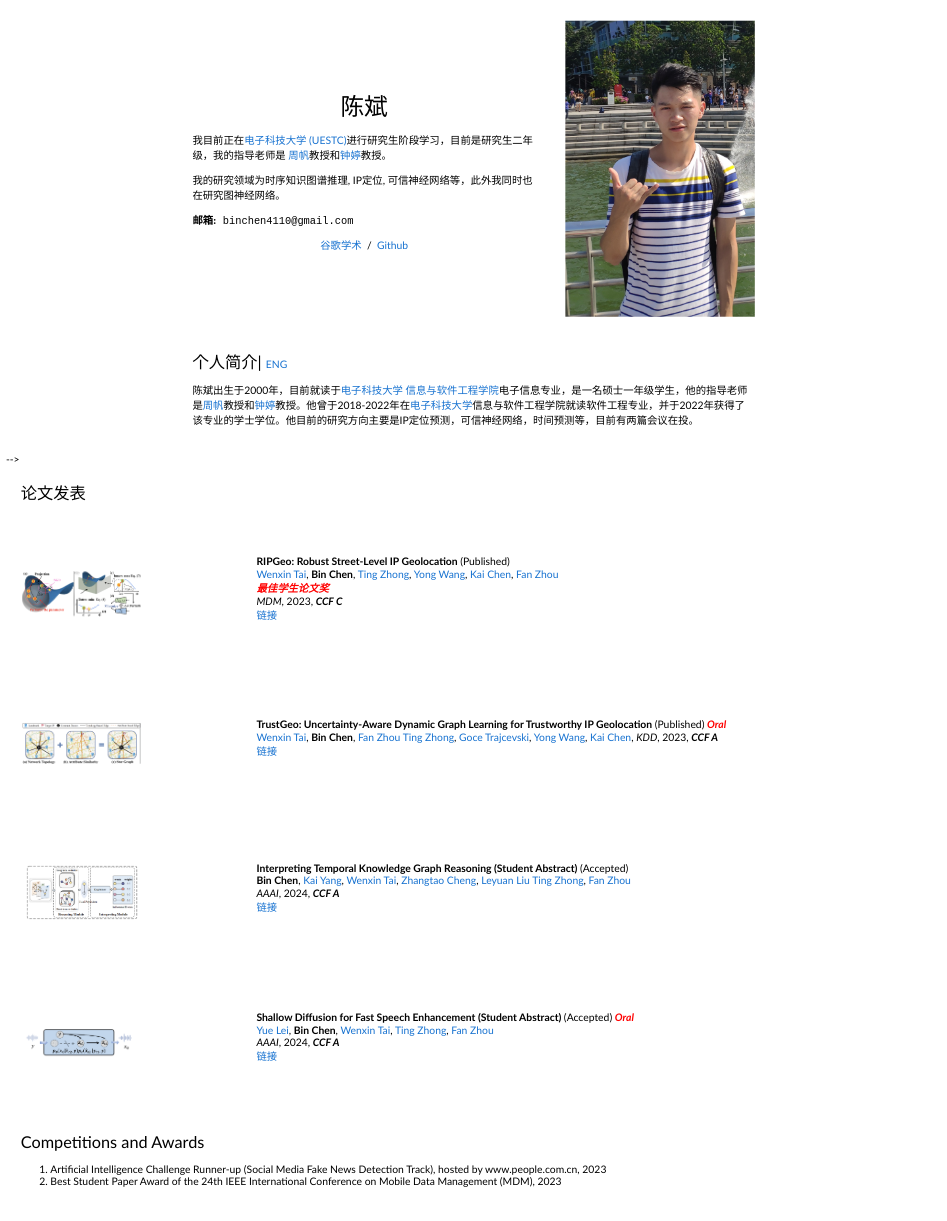
Repository: b1nchen/b1nchen.github.io
Page: index_CHN.html
The author's editor kept a copy of each file at every save. The page is drawn from the files as they stood at one save, then again after a run of saves.
The browser window is 1280 px wide. The pictures show the part of the page from y = 0 to 1650 px (the page is 2022 px tall before and 2025 px after), at 74% of full size.
A picture or video elsewhere on the page could not be fetched, so the positions and the page height are approximate.

Above is the page before, as saved 2023-12-31 09:53:40.

### index_CHN.html
<!DOCTYPE HTML>
<html lang="en">

<head>
  <meta http-equiv="Content-Type" content="text/html; charset=UTF-8">

  <title>Bin Chen</title>

  <meta name="author" content="Bin Chen">
  <meta name="viewport" content="width=device-width, initial-scale=1">

  <link rel="stylesheet" type="text/css" href="stylesheet.css">
  <link rel="icon" href="images/uestc_icon.jpeg">
</head>

<body>
  <table
    style="width:100%;max-width:800px;border:0px;border-spacing:0px;border-collapse:separate;margin-right:auto;margin-left:auto;">
    <tbody>
      <tr style="padding:0px">
        <td style="padding:0px">
          <table
            style="width:100%;border:0px;border-spacing:0px;border-collapse:separate;margin-right:auto;margin-left:auto;">
            <tbody>
              <tr style="padding:0px">
                <td style="padding:2.5%;width:63%;vertical-align:middle">
                  <p style="text-align:center">
                    <name>陈斌</name>
                  </p>
                  <p>我目前正在<a href="https://en.uestc.edu.cn/">电子科技大学 (UESTC)</a>进行研究生阶段学习，目前是研究生二年级，我的指导老师是 <a
                      href="https://scholar.google.com/citations?user=Ihj2Rw8AAAAJ">周帆</a>教授和<a
                      href="https://scholar.google.com/citations?user=Mdr0XDkAAAAJ">钟婷</a>教授。
                  </p>
                  <p>
                    我的研究领域为时序知识图谱推理, IP定位, 可信神经网络等，此外我同时也在研究图神经网络。
                  </p>
                  <p style="font-family: 'Courier New', Courier, monospace;">
                    <b style="font-family: 'Times New Roman', Times, serif;">邮箱:</b> binchen4110@gmail.com
                    <br>
                    <!-- &nbsp &nbsp &nbsp
                    haoyang[dot]yu417[at]outlook.com <br> -->


                  </p>
                  <p style="text-align:center">
                    <!-- <a href="resume/resume_chn.pdf">个人简历</a> &nbsp/&nbsp -->
                    <a href="https://scholar.google.com/citations?user=x3ufhFAAAAAJ/">谷歌学术</a>
                    &nbsp/&nbsp
                    <a href="https://github.com/binchen4110/">Github</a>
                  </p>

                </td>
                <td style="padding:2.5%;width:40%;max-width:40%">
                  <a href="images/profile.jpg"><img style="width:100%;max-width:100%" alt="profile photo"
                      src="images/profile.jpg" class="hoverZoomLink"></a>
                </td>
              </tr>
            </tbody>
          </table>

          <table
            style="width:100%;border:0px;border-spacing:0px;border-collapse:separate;margin-right:auto;margin-left:auto;">
            <tbody>
              <tr>
                <td style="padding:20px;width:100%;vertical-align:middle">
                  <heading>个人简介| <a href="index.html">ENG</a>
                  </heading>
                  <p>
                    陈斌出生于2000年，目前就读于<a
                    href="https://www.uestc.edu.cn/">电子科技大学</a>  <a
                    href="https://www.sise.uestc.edu.cn/">信息与软件工程学院</a>电子信息专业，是一名硕士一年级学生，他的指导老师是<a
                      href="https://scholar.google.com/citations?user=Ihj2Rw8AAAAJ">周帆</a>教授和<a
                      href="https://scholar.google.com/citations?user=Mdr0XDkAAAAJ">钟婷</a>教授。他曾于2018-2022年在<a href="https://www.uestc.edu.cn/">电子科技大学</a>信息与软件工程学院就读软件工程专业，并于2022年获得了该专业的学士学位。他目前的研究方向主要是IP定位预测，可信神经网络，时间预测等，目前有两篇会议在投。<br>

                  </p>
                </td>
              </tr>
            </tbody>
          </table>
          <table
            style="width:100%;border:0px;border-spacing:0px;border-collapse:separate;margin-right:auto;margin-left:auto;">
            <tbody>

            </tbody>
          </table>

          <!-- <table
            style="width:100%;border:0px;border-spacing:0px;border-collapse:separate;margin-right:auto;margin-left:auto;">
            <tbody>
              <tr>
                <td style="padding:20px;width:100%;vertical-align:middle">
                  <heading>教育经历</heading>
                </td>
              </tr>
            </tbody>
          </table>
          <table width="100%" align="center" border="0" cellpadding="20">
            <tbody>

              <tr>
                <td style="padding:20px;width:25%;vertical-align:middle">
                  <div class="flexbox">
                    <img src='images/uestc_icon.jpeg' width="100px">
                  </div>
                </td>
                <td style="padding:20px;width:75%;vertical-align:middle">
                  <p>电子科技大学信息与软件工程学院，软件工程，工学学士，<em>2018 -  2022 </em></p>
                  <ul>
                    <li>
                      2019 - 2020 学业二等奖学金
                    </li>
                    <li>
                      2021 - 2022 学业标兵奖学金
                    </li>
                    <li>
                      GPA: 3.65/4.0
                    </li>
                  </ul>
                  <p> </p>
                </td>
              </tr>


              <tr>
                <td style="padding:20px;width:25%;vertical-align:middle">
                  <div class="flexbox">
                    <img src='images/uestc_icon.jpeg' width="100px">
                  </div>
                </td>
                <td style="padding:20px;width:75%;vertical-align:middle">
                  <p>电子科技大学信息员软件工程学院，电子信息，硕士研究生，<em>2022 - 至今</em></p>
                  <ul>
                    <li>2022 - 2023 研究生三等学业奖学金</li>
                  </ul>
                </td>
              </tr>


              <!-- <tr>
                <td align="center" style="padding:20px;width:25%;vertical-align:middle">
                  <heading>Basically <br> Blog Posts</heading>
                </td>
                <td width="75%" valign="middle">
                  <a href="https://arxiv.org/abs/2112.11687">Squareplus: A Softplus-Like Algebraic Rectifier</a>
                  <br>
                  <a href="https://arxiv.org/abs/2010.09714">A Convenient Generalization of Schlick's Bias and Gain
                    Functions</a>
                  <br>
                  <a href="https://arxiv.org/abs/1704.07483">Continuously Differentiable Exponential Linear Units</a>
                </td>
              </tr> -->


            </tbody>
          </table> -->

          <table width="100%" align="center" border="0" cellspacing="0" cellpadding="20">
            <tbody>
              <tr>
                <td>
                  <heading>论文发表</heading>
                </td>
              </tr>
            </tbody>
          </table>
          <table width="100%" align="center" border="0" cellpadding="20">
            <tbody>

              <!-- MDM 2023 -->
                <tr onmouseout="ripgeo_data()" onmouseover="ripgeo_para()">
                  <td style="padding:20px;width:25%;vertical-align:middle">
                    <div class="one">
                      <div class="two" id='data'>
                        <img src='images/ripgeo_perturb_data.png' width="160">


                      </div>
                      <img src="images/ripgeo_perturb_para.png" width="160">
                    </div>
                    <script type="text/javascript">
                      function ripgeo_data() {
                        document.getElementById('data').style.opacity = "0";
                      }

                      function ripgeo_para() {
                        document.getElementById('data').style.opacity = "1";
                      }
                      ripgeo_data()
                    </script>
                  </td>
                  <td style="padding:20px;width:75%;vertical-align:middle">

                    <papertitle>RIPGeo: Robust Street-Level IP Geolocation </papertitle>(Published)

                    <br>
                    <a href="https://scholar.google.com/citations?user=YyxocAIAAAAJ">Wenxin Tai</a>,
                    <strong>Bin Chen</strong>,
                    <a href="https://scholar.google.com/citations?user=Mdr0XDkAAAAJ">Ting Zhong</a>,
                    <a>Yong Wang</a>,
                    <a href="https://scholar.google.com/citations?user=tnRV5QYAAAAJ">Kai Chen</a>,
                    <a href="https://scholar.google.com/citations?user=Ihj2Rw8AAAAJ">Fan Zhou</a>

                    <br>
                    <em><b style="color:red">最佳学生论文奖</b></em>
                    <br>
                    <em>MDM</em>, 2023, <em><strong>CCF C</strong></em>
                    <br>
                    <a href="https://drive.google.com/file/d/1j4smzenp6JkSxMC43B8BnPLQ7Mr1zgMb/view?usp=sharing">链接</a>

                    <!-- <a href="https://ieeexplore.ieee.org/document/9747900">链接</a>,
                    <a href="https://youtu.be/uT1pEfHbo14">视频</a>,
                    <a href="papers/ICASSP_5513_poster.pdf">海报</a>,
                    <a href="papers/ICASSP_slides.pptx">幻灯片</a>,
                    <a href="papers/ICASSP_2022_FUFI.pdf">下载</a>
                    <p></p>
                    <p>We incorporate evidential learning into IP geolocation to improve the stability of the system.. -->
                    </p>
                  </td>
                </tr>


                <!-- KDD 2023 -->
                <tr onmouseout="FUFI_intro()" onmouseover="FUFI_end()">
                  <td style="padding:20px;width:25%;vertical-align:middle">
                    <div class="one">
                      <div class="two" id='method'>
                        <img src='images/trustgeo_method.png' width="160">


                      </div>
                      <img src="images/trustgeo_model.png" width="160">
                    </div>
                    <script type="text/javascript">
                      function FUFI_intro() {
                        document.getElementById('method').style.opacity = "0";
                      }

                      function FUFI_end() {
                        document.getElementById('method').style.opacity = "1";
                      }
                      FUFI_intro()
                    </script>
                  </td>
                  <td style="padding:20px;width:75%;vertical-align:middle">

                    <papertitle>TrustGeo: Uncertainty-Aware Dynamic Graph Learning for Trustworthy IP Geolocation </papertitle>(Published) <em><b style="color:red">Oral</b></em>
                    <br>
                    <a href="https://scholar.google.com/citations?user=YyxocAIAAAAJ">Wenxin Tai</a>,
                    <strong>Bin Chen</strong>,
                    <a href="https://scholar.google.com/citations?user=Ihj2Rw8AAAAJ">Fan Zhou</a>
                    <a href="https://scholar.google.com/citations?user=Mdr0XDkAAAAJ">Ting Zhong</a>,
                    <a href="https://scholar.google.com/citations?user=Avus2kcAAAAJ">Goce Trajcevski</a>,
                    <a>Yong Wang</a>,
                    <a href="https://scholar.google.com/citations?user=tnRV5QYAAAAJ">Kai Chen</a>,

                    <em>KDD</em>, 2023, <em><strong>CCF A</strong></em>
                    <br>
                    <a href="https://drive.google.com/file/d/1PgxtmzdQAYr9Ti3rvHGgnyf05PbP-WwI/view?usp=drive_link">链接</a>
                    <!-- <a href="https://ieeexplore.ieee.org/document/9747900">链接</a>,
                    <a href="https://youtu.be/uT1pEfHbo14">视频</a>,
                    <a href="papers/ICASSP_5513_poster.pdf">海报</a>,
                    <a href="papers/ICASSP_slides.pptx">幻灯片</a>,
                    <a href="papers/ICASSP_2022_FUFI.pdf">下载</a>
                    <p></p>
                    <p>We incorporate evidential learning into IP geolocation to improve the stability of the system.. -->
                    </p>
                  </td>
                </tr>

              <!-- AAAI 2024 poster TKG -->
             <tr onmouseout="FUFI_intro()" onmouseover="FUFI_end()">
              <td style="padding:20px;width:25%;vertical-align:middle">
                <div class="one">
                  <div class="two" id='method'>
                    <img src='images/poster_tkg_model.png' width="160">


                  </div>
                  <img src="images/poster_tkg_model.png" width="160">
                </div>
                <script type="text/javascript">
                  function FUFI_intro() {
                    document.getElementById('method').style.opacity = "0";
                  }

                  function FUFI_end() {
                    document.getElementById('method').style.opacity = "1";
                  }
                  FUFI_intro()
                </script>
              </td>
              <td style="padding:20px;width:75%;vertical-align:middle">

                <papertitle>Interpreting Temporal Knowledge Graph Reasoning (Student Abstract) </papertitle>(Accepted)


                <br>
                <strong>Bin Chen</strong>,
                <a >Kai Yang</a>,
                <a href="https://scholar.google.com/citations?user=YyxocAIAAAAJ">Wenxin Tai</a>,
                <a href="https://scholar.google.com/citations?user=CU28LO0AAAAJ">Zhangtao Cheng</a>,
                <a >Leyuan Liu</a>
                <a href="https://scholar.google.com/citations?user=Mdr0XDkAAAAJ">Ting Zhong</a>,
                <a href="https://scholar.google.com/citations?user=Ihj2Rw8AAAAJ">Fan Zhou</a>

                <br>
                <em>AAAI</em>, 2024, <em><strong>CCF A</strong></em>
                <br>

                <a href="https://drive.google.com/file/d/1ImUhgVkMv5C81vaafmy5OZgBbMWER7VD/view?usp=sharing">链接</a>
                <!-- <a href="https://ieeexplore.ieee.org/document/9747900">链接</a>,
                <a href="https://youtu.be/uT1pEfHbo14">视频</a>,
                <a href="papers/ICASSP_5513_poster.pdf">海报</a>,
                <a href="papers/ICASSP_slides.pptx">幻灯片</a>,
                <a href="papers/ICASSP_2022_FUFI.pdf">下载</a>
                <p></p>
                <p>We incorporate evidential learning into IP geolocation to improve the stability of the system.. -->
                </p>
              </td>
            </tr>

            <!-- AAAI 2024 poster SE -->
            <tr onmouseout="FUFI_intro()" onmouseover="FUFI_end()">
              <td style="padding:20px;width:25%;vertical-align:middle">
                <div class="one">
                  <div class="two" id='method'>
                    <img src='images/poster_se_model.png' width="160">


                  </div>
                  <img src="images/poster_se_model.png" width="160">
                </div>
                <script type="text/javascript">
                  function FUFI_intro() {
                    document.getElementById('method').style.opacity = "0";
                  }

                  function FUFI_end() {
                    document.getElementById('method').style.opacity = "1";
                  }
                  FUFI_intro()
                </script>
              </td>
              <td style="padding:20px;width:75%;vertical-align:middle">

                <papertitle>Shallow Diffusion for Fast Speech Enhancement (Student Abstract) </papertitle>(Accepted) <em><b style="color:red">Oral</b></em>


                <br>
                <a >Yue Lei</a>,
                <strong>Bin Chen</strong>,
                <a href="https://scholar.google.com/citations?user=YyxocAIAAAAJ">Wenxin Tai</a>,
                <a href="https://scholar.google.com/citations?user=Mdr0XDkAAAAJ">Ting Zhong</a>,
                <a href="https://scholar.google.com/citations?user=Ihj2Rw8AAAAJ">Fan Zhou</a>

                <br>
                <em>AAAI</em>, 2024, <em><strong>CCF A</strong></em>
                <br>

                <a href="https://drive.google.com/file/d/1vhuNWVOHZbYhlZzuUdz6WUCO4DCSFOf0/view?usp=sharing">链接</a>
                <!-- <a href="https://ieeexplore.ieee.org/document/9747900">链接</a>,
                <a href="https://youtu.be/uT1pEfHbo14">视频</a>,
                <a href="papers/ICASSP_5513_poster.pdf">海报</a>,
                <a href="papers/ICASSP_slides.pptx">幻灯片</a>,
                <a href="papers/ICASSP_2022_FUFI.pdf">下载</a>
                <p></p>
                <p>We incorporate evidential learning into IP geolocation to improve the stability of the system.. -->
                </p>
              </td>
            </tr>


              </tbody>
          </table>

          <table
          style="width:100%;border:0px;border-spacing:0px;border-collapse:separate;margin-right:auto;margin-left:auto;">
          <tbody>
            <tr>
              <td style="padding:20px;width:100%;vertical-align:middle">
                <heading>Competitions and Awards</heading>
                <p>
                  <ol>
                    <li>Artificial Intelligence Challenge Runner-up (Social Media Fake News Detection Track), hosted by www.people.com.cn, 2023</li>
                    <li>Best Student Paper Award of the 24th IEEE International Conference on Mobile Data Management (MDM), 2023</li>

                  </ol>
                </p>

              </td>
            </tr>
          </tbody>
        </table>
        </td>
      </tr>
  </table>
  <center>
  <p>
    <font size="2">
      <font size="2">
        <font size="2">&nbsp;<br>自2023年2月来的第
          &nbsp; <a href="https://www.easycounter.com/">
            <img src="https://www.easycounter.com/counter.php?hyson"
            border="0" alt="Web Site Hit Counter"></a> <i>
            <font face="Arial" size="2"></font>
          </i></font>位独立访客
      </font>
    </font>
  </p>


  <!-- <p><script type="text/javascript" id="clustrmaps" src="//clustrmaps.com/map_v2.js?d=zTeQ7rUwgmcb-VHkgGnJarI7gvpzTVAFessGPwxe0HU&cl=ffffff&w=a"></script></p> -->
  <p style="color: #AAAAAA;">© 2023 陈斌 | Powered by <a href="https://pattonyu.github.io/">余昊扬</a> and <a href="https://jonbarron.info/">Jon Barron </a> | 更新时间
      2023-02-28 |
      友情链接: <a href="https://xovee.cn">Xovee Xu</a></p>
  </center>
</body>

</html>

### stylesheet.css
/* latin-ext */
@font-face {
  font-family: 'Lato';
  font-style: italic;
  font-weight: 400;
  src: local('Lato Italic'), local('Lato-Italic'), url(https://fonts.gstatic.com/s/lato/v15/S6u8w4BMUTPHjxsAUi-qNiXg7eU0.woff2) format('woff2');
  unicode-range: U+0100-024F, U+0259, U+1E00-1EFF, U+2020, U+20A0-20AB, U+20AD-20CF, U+2113, U+2C60-2C7F, U+A720-A7FF;
}
/* latin */
@font-face {
  font-family: 'Lato';
  font-style: italic;
  font-weight: 400;
  src: local('Lato Italic'), local('Lato-Italic'), url(https://fonts.gstatic.com/s/lato/v15/S6u8w4BMUTPHjxsAXC-qNiXg7Q.woff2) format('woff2');
  unicode-range: U+0000-00FF, U+0131, U+0152-0153, U+02BB-02BC, U+02C6, U+02DA, U+02DC, U+2000-206F, U+2074, U+20AC, U+2122, U+2191, U+2193, U+2212, U+2215, U+FEFF, U+FFFD;
}
/* latin-ext */
@font-face {
  font-family: 'Lato';
  font-style: italic;
  font-weight: 700;
  src: local('Lato Bold Italic'), local('Lato-BoldItalic'), url(https://fonts.gstatic.com/s/lato/v15/S6u_w4BMUTPHjxsI5wq_FQftx9897sxZ.woff2) format('woff2');
  unicode-range: U+0100-024F, U+0259, U+1E00-1EFF, U+2020, U+20A0-20AB, U+20AD-20CF, U+2113, U+2C60-2C7F, U+A720-A7FF;
}
/* latin */
@font-face {
  font-family: 'Lato';
  font-style: italic;
  font-weight: 700;
  src: local('Lato Bold Italic'), local('Lato-BoldItalic'), url(https://fonts.gstatic.com/s/lato/v15/S6u_w4BMUTPHjxsI5wq_Gwftx9897g.woff2) format('woff2');
  unicode-range: U+0000-00FF, U+0131, U+0152-0153, U+02BB-02BC, U+02C6, U+02DA, U+02DC, U+2000-206F, U+2074, U+20AC, U+2122, U+2191, U+2193, U+2212, U+2215, U+FEFF, U+FFFD;
}
/* latin-ext */
@font-face {
  font-family: 'Lato';
  font-style: normal;
  font-weight: 400;
  src: local('Lato Regular'), local('Lato-Regular'), url(https://fonts.gstatic.com/s/lato/v15/S6uyw4BMUTPHjxAwXiWtFCfQ7A.woff2) format('woff2');
  unicode-range: U+0100-024F, U+0259, U+1E00-1EFF, U+2020, U+20A0-20AB, U+20AD-20CF, U+2113, U+2C60-2C7F, U+A720-A7FF;
}
/* latin */
@font-face {
  font-family: 'Lato';
  font-style: normal;
  font-weight: 400;
  src: local('Lato Regular'), local('Lato-Regular'), url(https://fonts.gstatic.com/s/lato/v15/S6uyw4BMUTPHjx4wXiWtFCc.woff2) format('woff2');
  unicode-range: U+0000-00FF, U+0131, U+0152-0153, U+02BB-02BC, U+02C6, U+02DA, U+02DC, U+2000-206F, U+2074, U+20AC, U+2122, U+2191, U+2193, U+2212, U+2215, U+FEFF, U+FFFD;
}
/* latin-ext */
@font-face {
  font-family: 'Lato';
  font-style: normal;
  font-weight: 700;
  src: local('Lato Bold'), local('Lato-Bold'), url(https://fonts.gstatic.com/s/lato/v15/S6u9w4BMUTPHh6UVSwaPGQ3q5d0N7w.woff2) format('woff2');
  unicode-range: U+0100-024F, U+0259, U+1E00-1EFF, U+2020, U+20A0-20AB, U+20AD-20CF, U+2113, U+2C60-2C7F, U+A720-A7FF;
}
/* latin */
@font-face {
  font-family: 'Lato';
  font-style: normal;
  font-weight: 700;
  src: local('Lato Bold'), local('Lato-Bold'), url(https://fonts.gstatic.com/s/lato/v15/S6u9w4BMUTPHh6UVSwiPGQ3q5d0.woff2) format('woff2');
  unicode-range: U+0000-00FF, U+0131, U+0152-0153, U+02BB-02BC, U+02C6, U+02DA, U+02DC, U+2000-206F, U+2074, U+20AC, U+2122, U+2191, U+2193, U+2212, U+2215, U+FEFF, U+FFFD;
}

a {
  color: #1772d0;
  text-decoration: none;
}

a:focus,
a:hover {
  color: #f09228;
  text-decoration: none;
}

body,
td,
th,
tr,
p,
a {
  font-family: 'Lato', Verdana, Helvetica, sans-serif;
  font-size: 14px
}

strong {
  font-family: 'Lato', Verdana, Helvetica, sans-serif;
  font-size: 14px;
}

heading {
  font-family: 'Lato', Verdana, Helvetica, sans-serif;
  font-size: 22px;
}

papertitle {
  font-family: 'Lato', Verdana, Helvetica, sans-serif;
  font-size: 14px;
  font-weight: 700
}

name {
  font-family: 'Courier New', Courier, monospace;
  font-size: 32px;
}


.flexbox{
  width: 160px;
  height: 160px;
  display: flex;
  align-items: center;
  justify-items: center;
  /* text-align: center; */
}

.flexbox img{
  justify-items: center;
  align-items: center;
  /* text-align: center; */
}


.one {
  width: 160px;
  height: 160px;
  display: flex;
  position: relative;
  align-items: center;
}

.one img{
  width: 160px;
  align-items: center;
}

.two {
  width: 160px;
  height: 160px;
  display: flex;
  position: absolute;
  transition: opacity .2s ease-in-out;
  -moz-transition: opacity .2s ease-in-out;
  -webkit-transition: opacity .2s ease-in-out;
  align-items: center;
}

.two img{
  width: 160px;
  align-items: center;
}

.fade {
  transition: opacity .2s ease-in-out;
  -moz-transition: opacity .2s ease-in-out;
  -webkit-transition: opacity .2s ease-in-out;
}

span.highlight {
  background-color: #ffffd0;
}

After the next 4 saves:
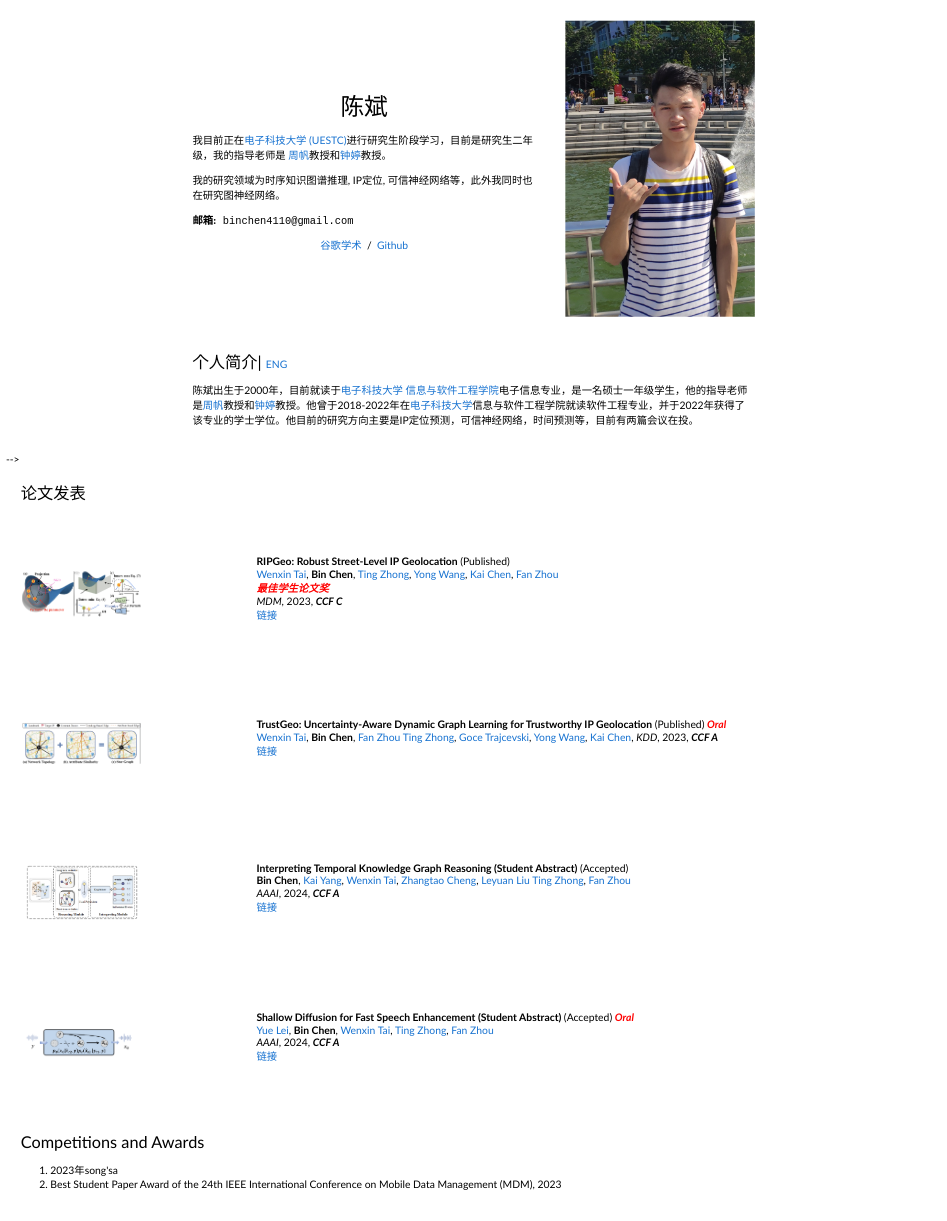
The 4 saves are shown as one change because they came seconds apart.
The last was saved 14 s later.
--- a/index_CHN.html
+++ b/index_CHN.html
@@ -381,7 +381,7 @@
                 <heading>Competitions and Awards</heading>
                 <p>
                   <ol>
-                    <li>Artificial Intelligence Challenge Runner-up (Social Media Fake News Detection Track), hosted by www.people.com.cn, 2023</li>
+                    <li>2023年song'sa</li>
                     <li>Best Student Paper Award of the 24th IEEE International Conference on Mobile Data Management (MDM), 2023</li>
 
                   </ol>
